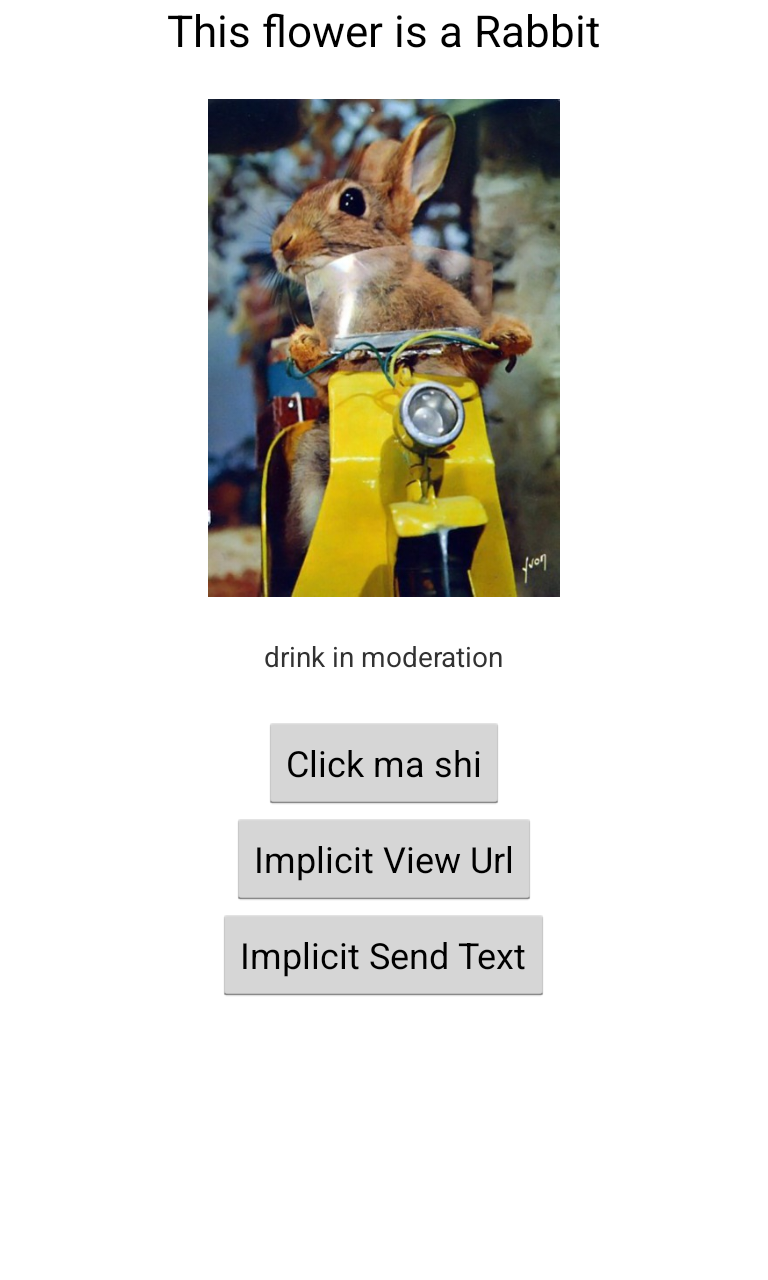
Repository: jonathansparks/Always-On-Always-Connected
Layout: ExplicitIntent/res/layout/activity_main.xml
The author's editor kept a copy of each file at every save. The layout is drawn from the files as they stood at one save, then again after the next save.
It is drawn on a 768 x 1280 px phone screen (xhdpi) without system bars, with theme AppTheme; the app's code is not run.

Above is the layout before, as saved 2014-02-15 19:29:28.

After the next save:
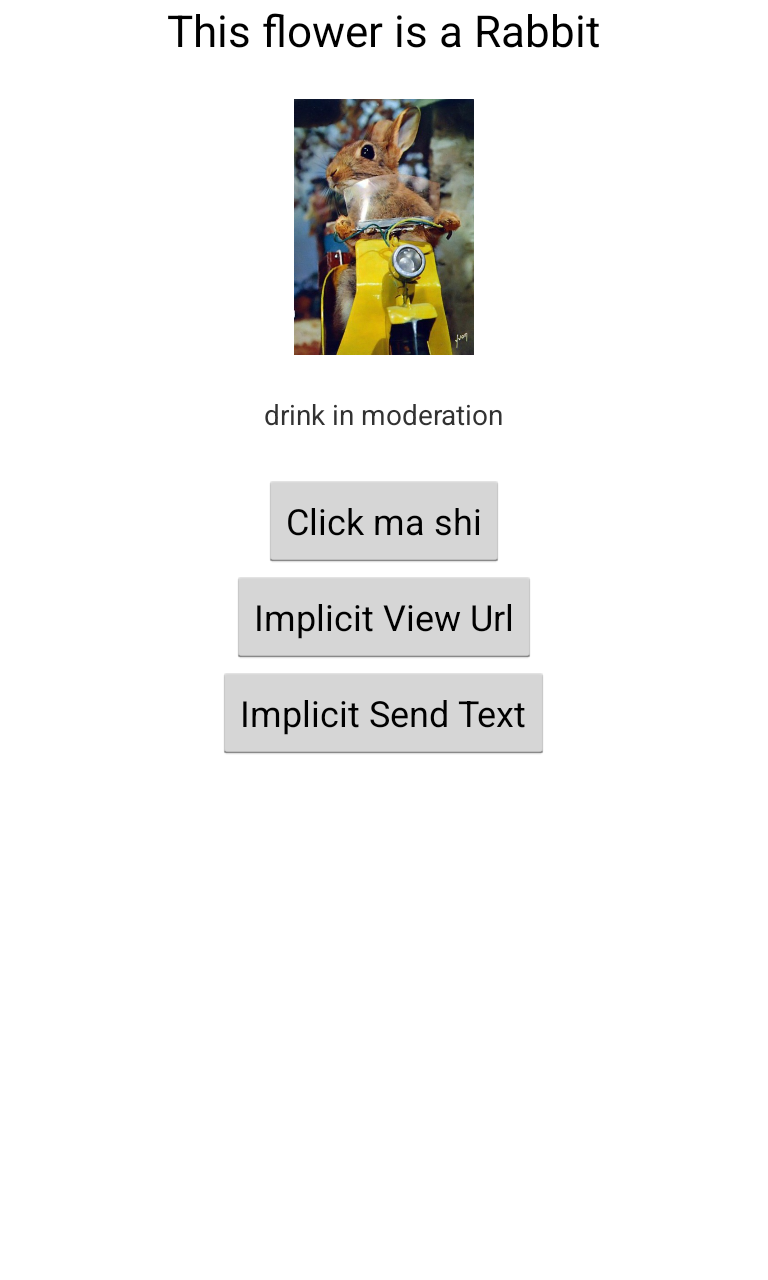
Saved 86 s later.
--- a/ExplicitIntent/res/layout/activity_main.xml
+++ b/ExplicitIntent/res/layout/activity_main.xml
@@ -16,8 +16,8 @@
 
     <ImageView
         android:id="@+id/imageView1"
-        android:layout_width="184dp"
-        android:layout_height="249dp"
+        android:layout_width="94dp"
+        android:layout_height="128dp"
         android:layout_marginBottom="20dp"
         android:src="@drawable/rabbit_vespa" />
 
